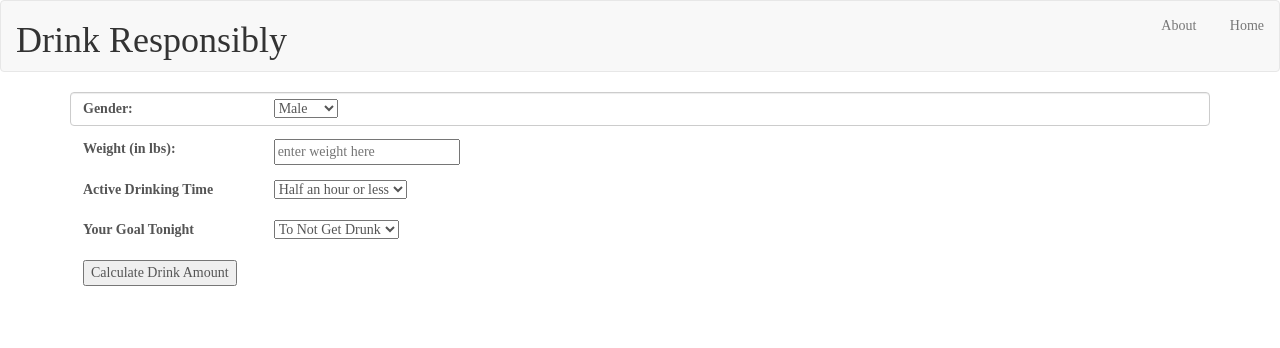
Repository: NatNat180/DrinkResponsibly
Page: http://localhost/DrinkResponsibly/form
These files come from the project's save history. The page is drawn as it stood at one moment and after the next save; the edit follows.
The browser window is 1280 px wide. The pictures show the whole page.
Some web fonts or font styles are not loaded; a fallback is used. The page is served by Tomcat 9.

Above is the page before, as saved 2016-04-07 15:50:46.

After the next save:
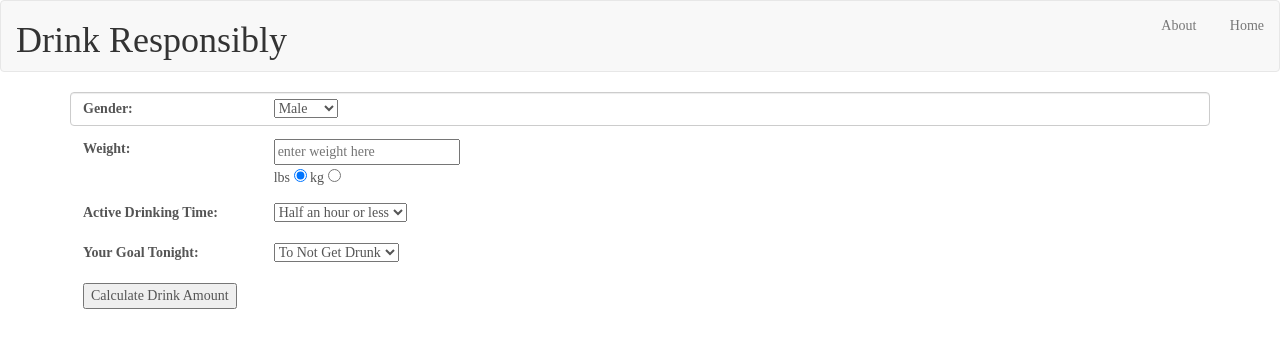
Saved 2 min 11 s later.
--- a/DrinkResponsibly/WebContent/WEB-INF/index.jsp
+++ b/DrinkResponsibly/WebContent/WEB-INF/index.jsp
@@ -25,14 +25,20 @@
 </div>
 
 <div class="form-group row">
-<label class="col-sm-2 form-control-label">Weight (in lbs):</label>
+<label class="col-sm-2 form-control-label">Weight:</label>
 <div class="col-sm-10">
 <input type="text" name="weight" placeholder="enter weight here" required>
+<br>
+lbs <input type="radio" name="lbs" value="" checked="checked" />
+kg <input type="radio" name="kg" value=""/>
 </div>
 </div>
 
+
+
+
 <div class="form-group row">
-<label class="col-sm-2 form-control-label">Active Drinking Time</label>
+<label class="col-sm-2 form-control-label">Active Drinking Time:</label>
 <div class="col-sm-10">
 <select name="drink-time">
 	<option value="0">Half an hour  or less</option>
@@ -53,7 +59,7 @@
 </div>
 
 <div class="form-group row">
-<label class="col-sm-2 form-control-label">Your Goal Tonight</label>
+<label class="col-sm-2 form-control-label">Your Goal Tonight:</label>
 <div class="col-sm-10">
 <select name="goal">
 	<option value="drunk">To Not Get Drunk</option>
